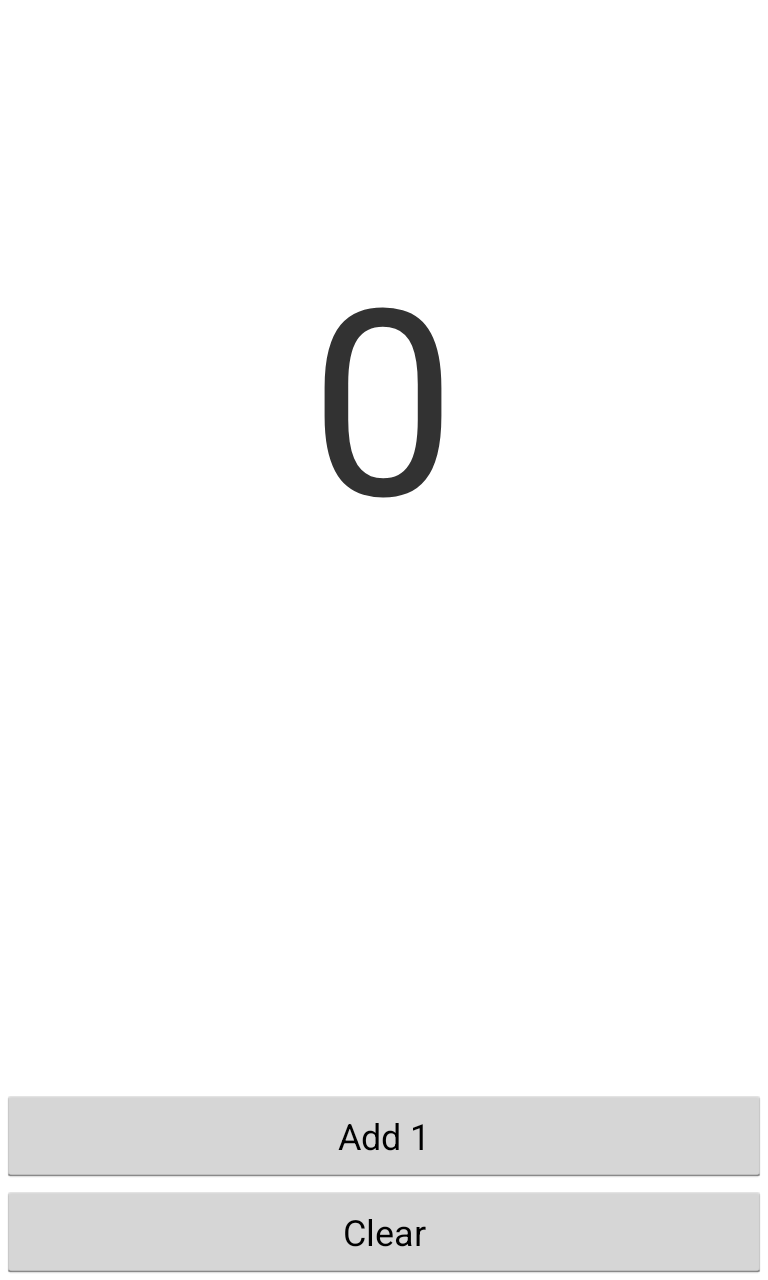
Repository: phedavkar/android_class
Layout: Counter2/res/layout/main.xml
The author's editor kept a copy of each file at every save. The layout is drawn from the files as they stood at one save, then again after the next save.
It is drawn on a 768 x 1280 px phone screen (xhdpi) without system bars, with theme AppTheme; the app's code is not run.

Above is the layout before, as saved 2014-04-08 19:27:34.

After the next save:
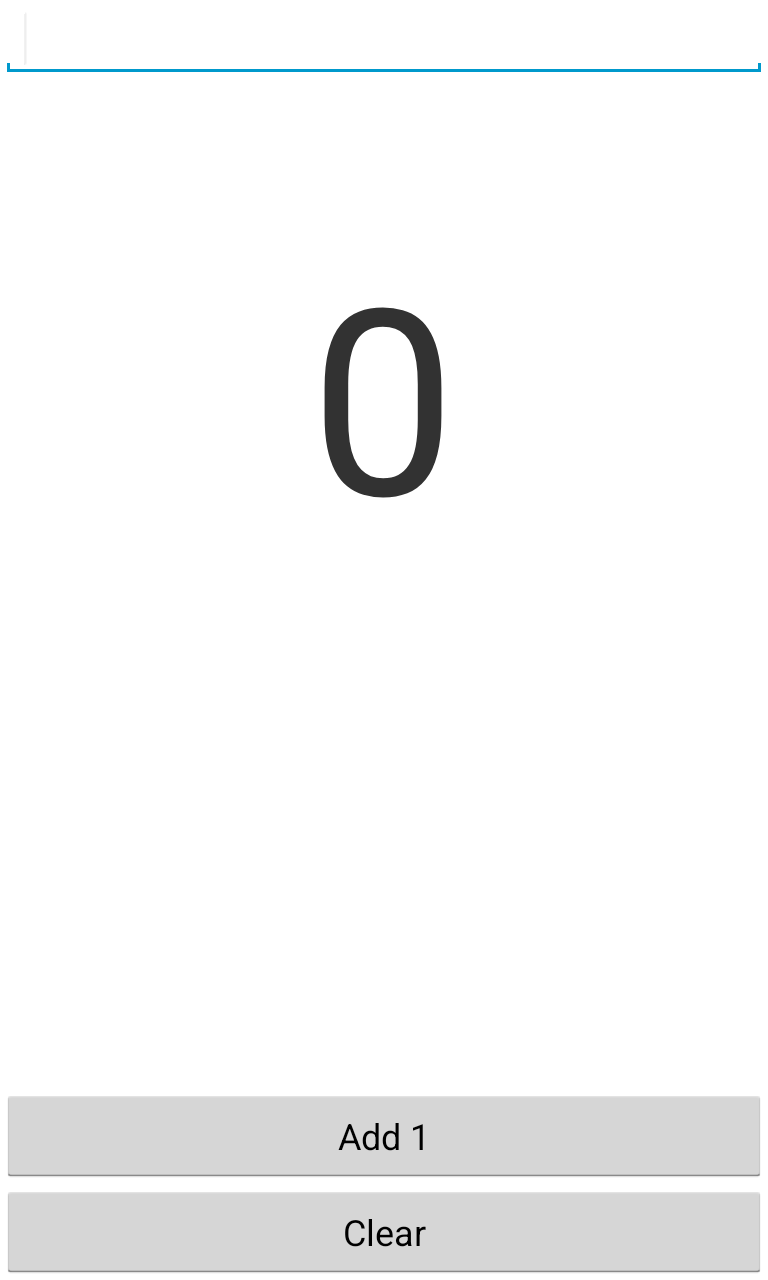
Saved 3 min 59 s later.
--- a/Counter2/res/layout/main.xml
+++ b/Counter2/res/layout/main.xml
@@ -28,4 +28,15 @@
         android:textSize="130sp"
         android:text="0" />
 
+    <EditText
+        android:id="@+id/input"
+        android:layout_width="fill_parent"
+        android:layout_height="wrap_content"
+        android:layout_alignParentTop="true"
+        android:ems="10"
+        android:inputType="number" >
+
+        <requestFocus />
+    </EditText>
+
 </RelativeLayout>
